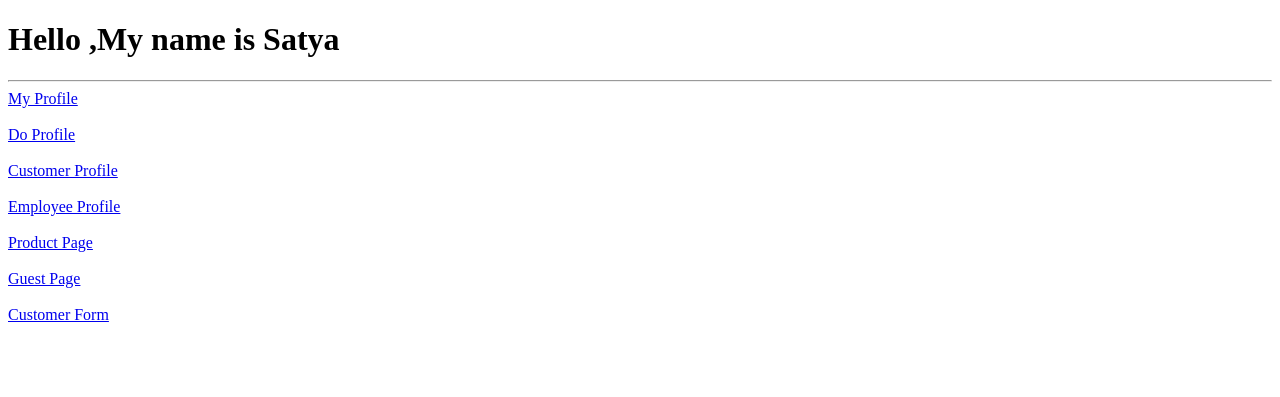
Repository: theplaygod97/Deloitte
Page: Day 17/SpringMVCFormDemo/WebContent/index.html
These files come from the project's save history. The page is drawn as it stood at one moment and after the next save; the edit follows.
The browser window is 1280 px wide. The pictures show the whole page.

Above is the page before, as saved 2020-01-14 03:04:38.

After the next save:
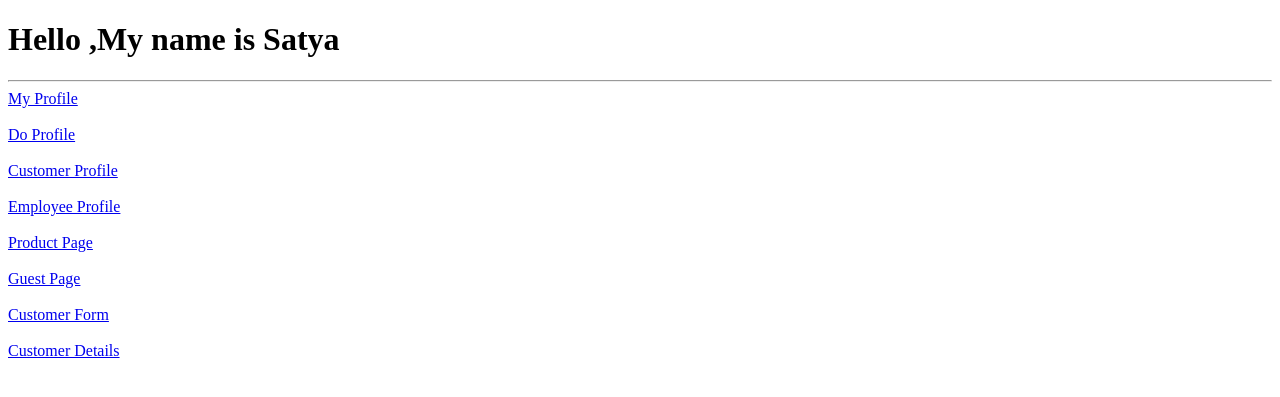
Saved 57 min 44 s later.
--- a/Day 17/SpringMVCFormDemo/WebContent/index.html
+++ b/Day 17/SpringMVCFormDemo/WebContent/index.html
@@ -20,5 +20,7 @@
 <a href="Guest.do">Guest Page</a>
 <br/><br/>
 <a href="Customer Form.html">Customer Form</a>
+<br/><br/>
+<a href="customerDetails.do">Customer Details</a>
 </body>
 </html>
